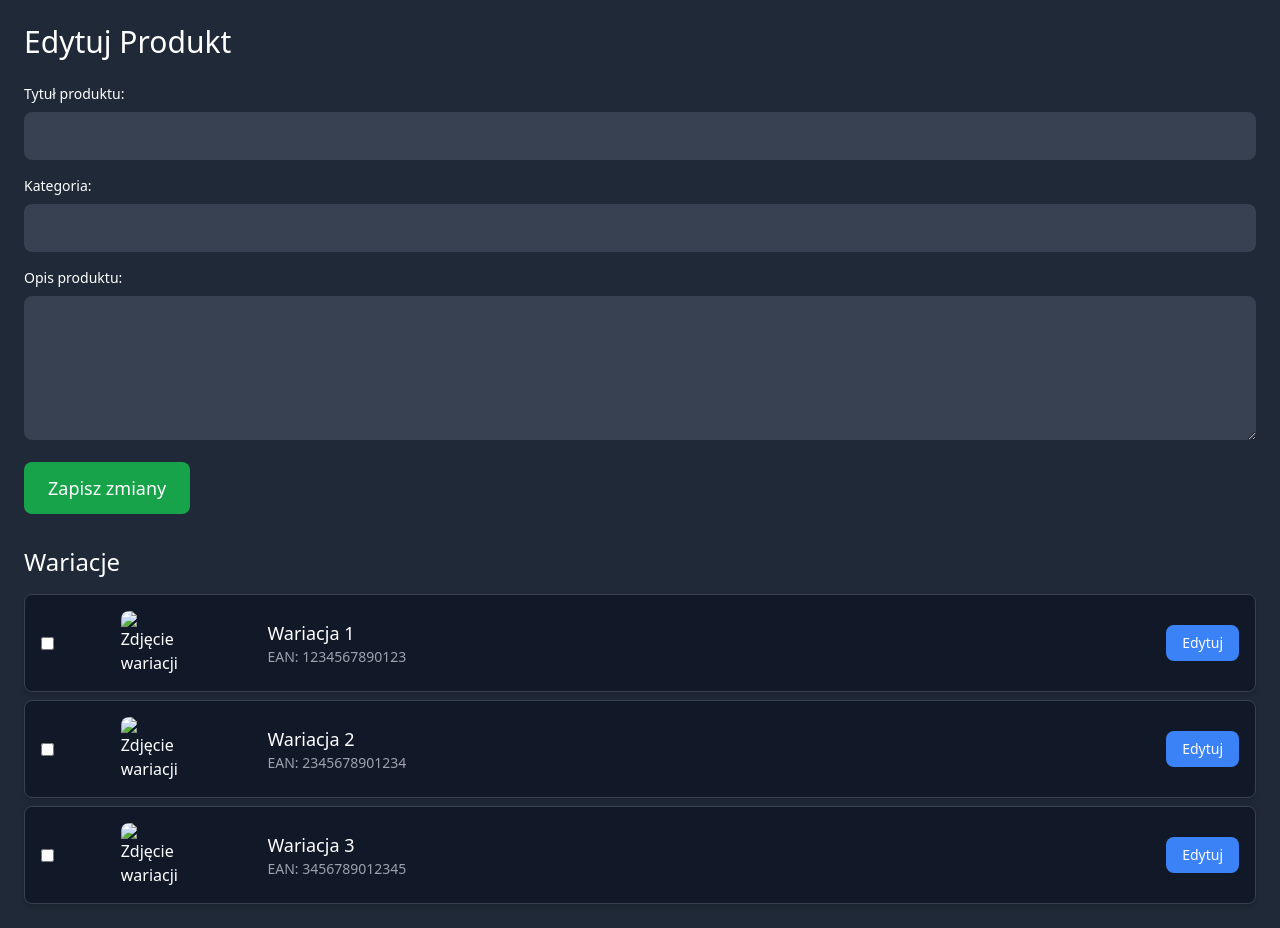
Repository: DaveCala/AplikacjaMeble
Page: http://localhost/editor/editor_product.php
The author's editor kept a copy of each file at every save. The page is drawn from the files as they stood at one save, then again after the next save.
The browser window is 1280 px wide. The pictures show the whole page.
Some web libraries are served in a nearby version. The page is run by PHP 8.4 with error messages shown; the project is at /var/www/html/.

Above is the page before, as saved 2024-12-03 14:26:43.
Not found: img/variation1.jpg
Not found: img/variation2.jpg
Not found: img/variation3.jpg

### editor/editor_product.php
<!DOCTYPE html>
<html lang="pl">
<head>
  <meta charset="UTF-8">
  <meta name="viewport" content="width=device-width, initial-scale=1.0">
  <title>Edytuj Produkt</title>
  <script src="https://cdn.tailwindcss.com"></script>
</head>
<body class="bg-gray-800 text-white">
  <div class="container mx-auto p-6">
    <h1 class="text-3xl mb-6">Edytuj Produkt</h1>
    <form id="edit-product-form" enctype="multipart/form-data">
      <!-- Formularz głównego produktu -->
      <input type="hidden" id="product-id" name="product_id" value="<?php echo htmlspecialchars($product['id'] ?? 0); ?>">
      <div class="mb-4">
        <label for="edit-product-title" class="block mb-2 text-sm">Tytuł produktu:</label>
        <input type="text" id="edit-product-title" name="title"
               value="<?php echo htmlspecialchars($product['title'] ?? ''); ?>"
               class="w-full p-3 rounded-lg bg-gray-700 text-white placeholder-gray-400 focus:outline-none focus:ring-2 focus:ring-blue-500">
      </div>
      <div class="mb-4">
        <label for="edit-product-category" class="block mb-2 text-sm">Kategoria:</label>
        <input type="text" id="edit-product-category" name="category"
               value="<?php echo htmlspecialchars($product['category'] ?? ''); ?>"
               class="w-full p-3 rounded-lg bg-gray-700 text-white placeholder-gray-400 focus:outline-none focus:ring-2 focus:ring-blue-500">
      </div>
      <div class="mb-4">
        <label for="edit-product-description" class="block mb-2 text-sm">Opis produktu:</label>
        <textarea id="edit-product-description" name="description" rows="5"
                  class="w-full p-3 rounded-lg bg-gray-700 text-white placeholder-gray-400 focus:outline-none focus:ring-2 focus:ring-blue-500"><?php echo htmlspecialchars($product['description'] ?? ''); ?></textarea>
      </div>
      <button type="button" id="save-product-details"
              class="py-3 px-6 bg-green-600 rounded-lg text-white text-lg hover:bg-green-500">
        Zapisz zmiany
      </button>
    </form>

   <!-- Lista wariacji -->
<div class="mt-8">
  <h2 class="text-2xl text-white mb-4">Wariacje</h2>
  <!-- Grid z kafelkami -->
  <div class="grid grid-cols-1 gap-2 w-full">
    <?php
    // Przykładowe dane wariacji (na sztywno)
    $variations = [
        ['id' => 1, 'title' => 'Wariacja 1', 'ean' => '1234567890123', 'image' => 'variation1.jpg'],
        ['id' => 2, 'title' => 'Wariacja 2', 'ean' => '2345678901234', 'image' => 'variation2.jpg'],
        ['id' => 3, 'title' => 'Wariacja 3', 'ean' => '3456789012345', 'image' => 'variation3.jpg'],
    ];
    ?>

    <?php foreach ($variations as $variation) : ?>
      <div class="bg-gray-900 p-4 border border-gray-700 rounded-lg shadow-md flex items-center">

        <!-- Checkbox do zaznaczenia wariacji -->
        <div class="flex items-center">
          <input type="checkbox" class="variation-checkbox" data-variation-id="<?php echo $variation['id']; ?>">
        </div>

        <!-- Zdjęcie wariacji - 1/6 szerokości -->
        <div class="w-1/6 flex justify-center">
          <img src="../img/<?php echo htmlspecialchars($variation['image']); ?>"
               alt="Zdjęcie wariacji"
               class="h-16 w-16 object-contain rounded-lg">
        </div>

        <!-- Tytuł wariacji - 3/6 szerokości -->
        <div class="w-3/6 px-4">
          <h3 class="text-white text-lg truncate"><?php echo htmlspecialchars($variation['title']); ?></h3>
          <p class="text-gray-400 text-sm truncate">EAN: <?php echo htmlspecialchars($variation['ean']); ?></p>
        </div>

        <!-- Przycisk - 2/6 szerokości -->
        <div class="w-2/6 flex justify-end">
          <a href="editor_variation.php?id=<?php echo $variation['id']; ?>"
             class="bg-blue-500 text-white py-2 px-4 rounded-lg hover:bg-blue-600 text-sm">
            Edytuj
          </a>
        </div>

      </div>
    <?php endforeach; ?>
  </div>
</div>


  <script>
    // Obsługa zapisania danych produktu
    document.getElementById('save-product-details').addEventListener('click', () => {
      const form = document.getElementById('edit-product-form');
      const formData = new FormData(form);

      fetch('update_product.php', {
        method: 'POST',
        body: formData
      })
      .then(response => response.json())
      .then(data => {
        if (data.success) {
          alert('Produkt został zaktualizowany.');
          location.reload();
        } else {
          alert('Błąd: ' + data.message);
        }
      })
      .catch(error => {
        console.error('Błąd:', error);
        alert('Wystąpił błąd podczas zapisywania.');
      });
    });

    // Obsługa przycisku "Obejrzyj"
document.querySelectorAll('.toggle-details').forEach(button => {
  button.addEventListener('click', () => {
    const variationId = button.getAttribute('data-variation-id');
    const detailsDiv = document.getElementById(`details-${variationId}`);

    if (detailsDiv.classList.contains('hidden')) {
      detailsDiv.classList.remove('hidden');
    } else {
      detailsDiv.classList.add('hidden');
    }
  });
});


  </script>
</body>
</html>

After the next save:
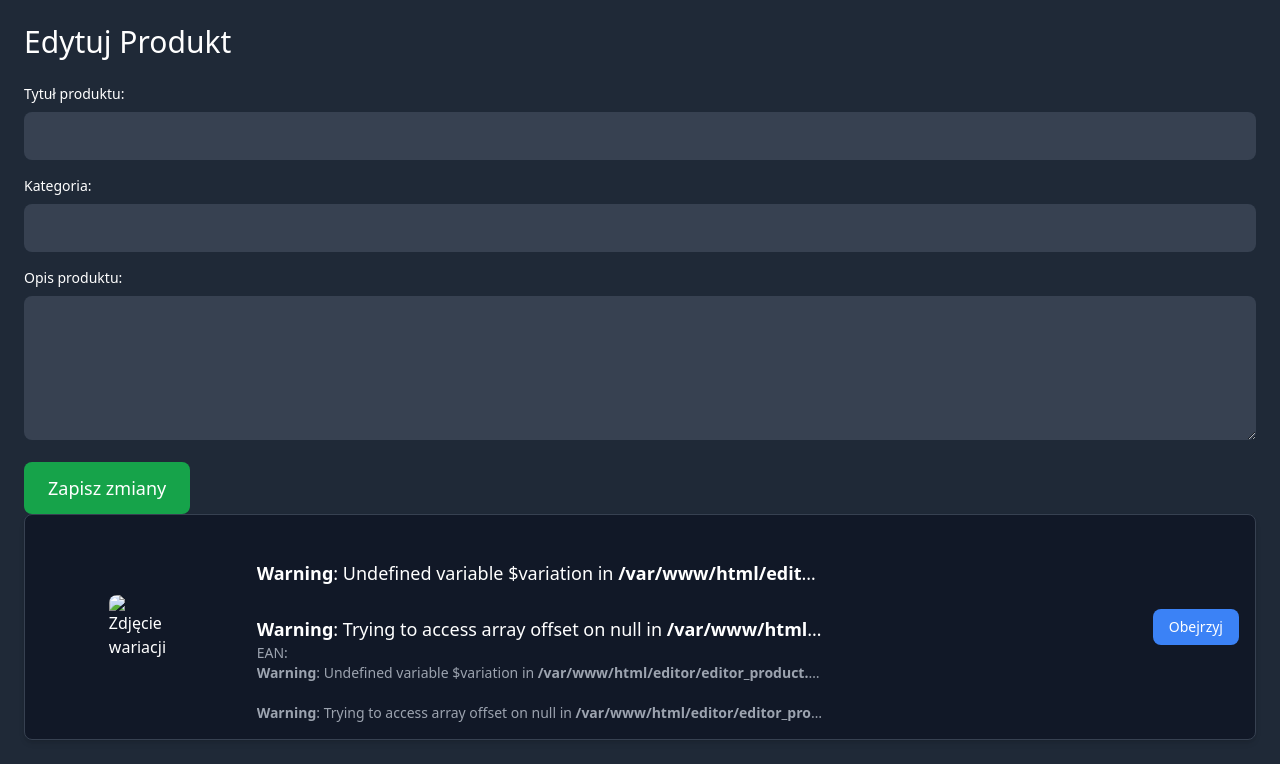
Saved 9 s later.
--- a/editor/editor_product.php
+++ b/editor/editor_product.php
@@ -35,52 +35,29 @@
       </button>
     </form>
 
-   <!-- Lista wariacji -->
-<div class="mt-8">
-  <h2 class="text-2xl text-white mb-4">Wariacje</h2>
-  <!-- Grid z kafelkami -->
-  <div class="grid grid-cols-1 gap-2 w-full">
-    <?php
-    // Przykładowe dane wariacji (na sztywno)
-    $variations = [
-        ['id' => 1, 'title' => 'Wariacja 1', 'ean' => '1234567890123', 'image' => 'variation1.jpg'],
-        ['id' => 2, 'title' => 'Wariacja 2', 'ean' => '2345678901234', 'image' => 'variation2.jpg'],
-        ['id' => 3, 'title' => 'Wariacja 3', 'ean' => '3456789012345', 'image' => 'variation3.jpg'],
-    ];
-    ?>
+    <div class="bg-gray-900 p-4 border border-gray-700 rounded-lg shadow-md flex items-center">
+  <div class="w-1/6 flex justify-center">
+    <img src="../img/<?php echo htmlspecialchars($variation['image']); ?>"
+         alt="Zdjęcie wariacji"
+         class="h-16 w-16 object-contain rounded-lg">
+  </div>
+  <div class="w-3/6 px-4">
+    <h3 class="text-white text-lg truncate"><?php echo htmlspecialchars($variation['title']); ?></h3>
+    <p class="text-gray-400 text-sm truncate">EAN: <?php echo htmlspecialchars($variation['ean']); ?></p>
+  </div>
+  <div class="w-2/6 flex justify-end">
+    <button class="bg-blue-500 text-white py-2 px-4 rounded-lg hover:bg-blue-600 text-sm toggle-details"
+            data-variation-id="<?php echo $variation['id']; ?>">
+      Obejrzyj
+    </button>
+  </div>
+</div>
 
-    <?php foreach ($variations as $variation) : ?>
-      <div class="bg-gray-900 p-4 border border-gray-700 rounded-lg shadow-md flex items-center">
-
-        <!-- Checkbox do zaznaczenia wariacji -->
-        <div class="flex items-center">
-          <input type="checkbox" class="variation-checkbox" data-variation-id="<?php echo $variation['id']; ?>">
-        </div>
-
-        <!-- Zdjęcie wariacji - 1/6 szerokości -->
-        <div class="w-1/6 flex justify-center">
-          <img src="../img/<?php echo htmlspecialchars($variation['image']); ?>"
-               alt="Zdjęcie wariacji"
-               class="h-16 w-16 object-contain rounded-lg">
-        </div>
-
-        <!-- Tytuł wariacji - 3/6 szerokości -->
-        <div class="w-3/6 px-4">
-          <h3 class="text-white text-lg truncate"><?php echo htmlspecialchars($variation['title']); ?></h3>
-          <p class="text-gray-400 text-sm truncate">EAN: <?php echo htmlspecialchars($variation['ean']); ?></p>
-        </div>
-
-        <!-- Przycisk - 2/6 szerokości -->
-        <div class="w-2/6 flex justify-end">
-          <a href="editor_variation.php?id=<?php echo $variation['id']; ?>"
-             class="bg-blue-500 text-white py-2 px-4 rounded-lg hover:bg-blue-600 text-sm">
-            Edytuj
-          </a>
-        </div>
-
-      </div>
-    <?php endforeach; ?>
-  </div>
+<!-- Miejsce na rozwinięte szczegóły wariacji -->
+<div id="details-<?php echo $variation['id']; ?>" class="hidden mt-4 p-4 bg-gray-800 rounded-lg">
+  <p class="text-white"><?php echo htmlspecialchars($variationDetails[$variation['id']]['description']); ?></p>
+  <p class="text-gray-400">Cena: <?php echo htmlspecialchars($variationDetails[$variation['id']]['price']); ?></p>
+  <p class="text-gray-400"><?php echo htmlspecialchars($variationDetails[$variation['id']]['stock']); ?></p>
 </div>
 
 
